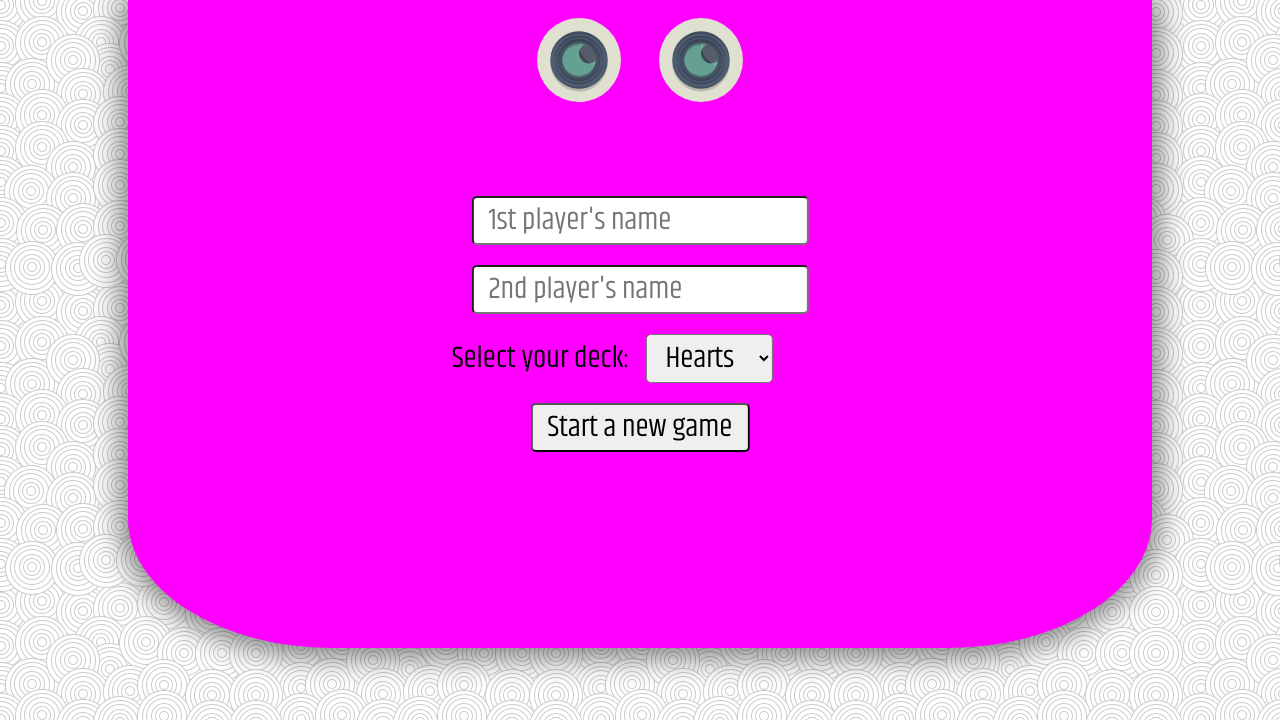
Repository: loragil/memory-game
Page: index.html
The author's editor kept a record of every edit. The page is drawn from the files as they stood at one moment, then again after the next edit.
The browser window is 1280 px wide. The pictures show the whole page.

Above is the page before.
Console error: SyntaxError: Unexpected token ')'

After the next edit:
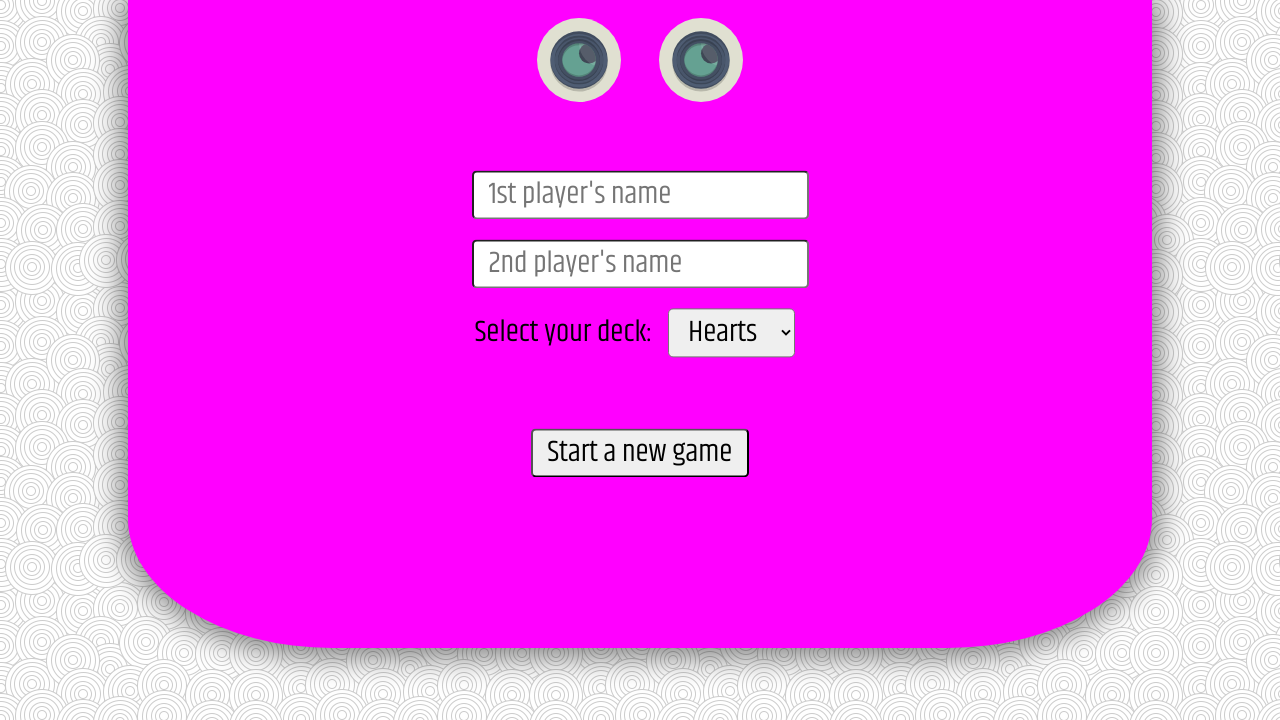
The edit:
--- a/css/game.css
+++ b/css/game.css
@@ -20,10 +20,10 @@
 }
 .preview {
     display: inline-block;
-    width: 4rem;
-    height: 4rem;
-    transform: translateY(25%);
-    border-radius: 0.5rem;
+    width: 15rem;
+    height: 5rem;
+    transform: translateY(1.5rem);
+    border-radius: 5rem;
 }
 /* deck patterns: */
 
